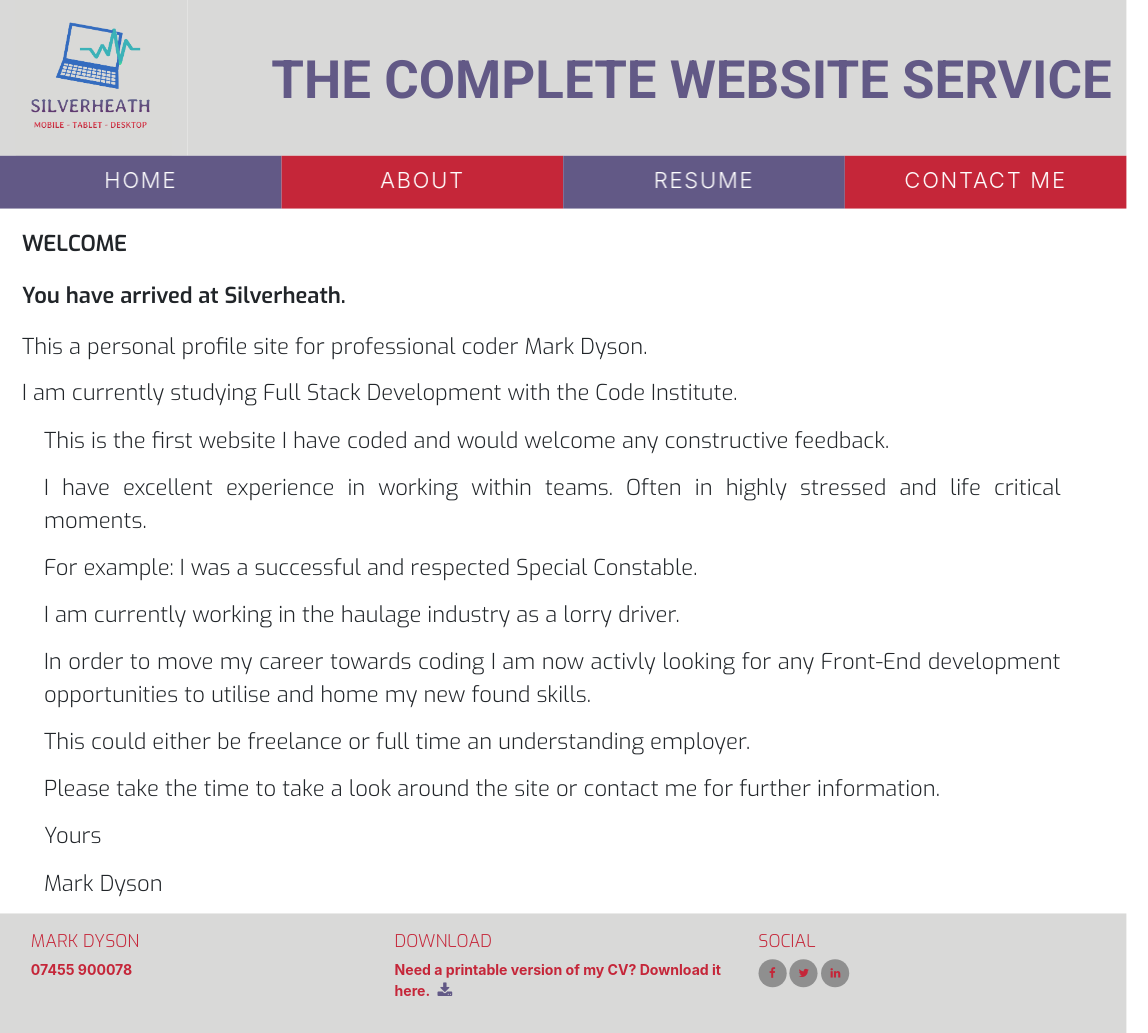
Repository: Code-Institute-Submissions/silverheath
Page: index.html
The author's editor kept a record of every edit. The page is drawn from the files as they stood at one moment, then again after the next edit.
The browser window is 1280 px wide. The page is 1305 px wide, so the pictures cover 1305 px, including what lies to the right of the window. The pictures show the whole page, at 88% of full size.
Some web libraries are served in a nearby version.

Above is the page before.

After the next edit:
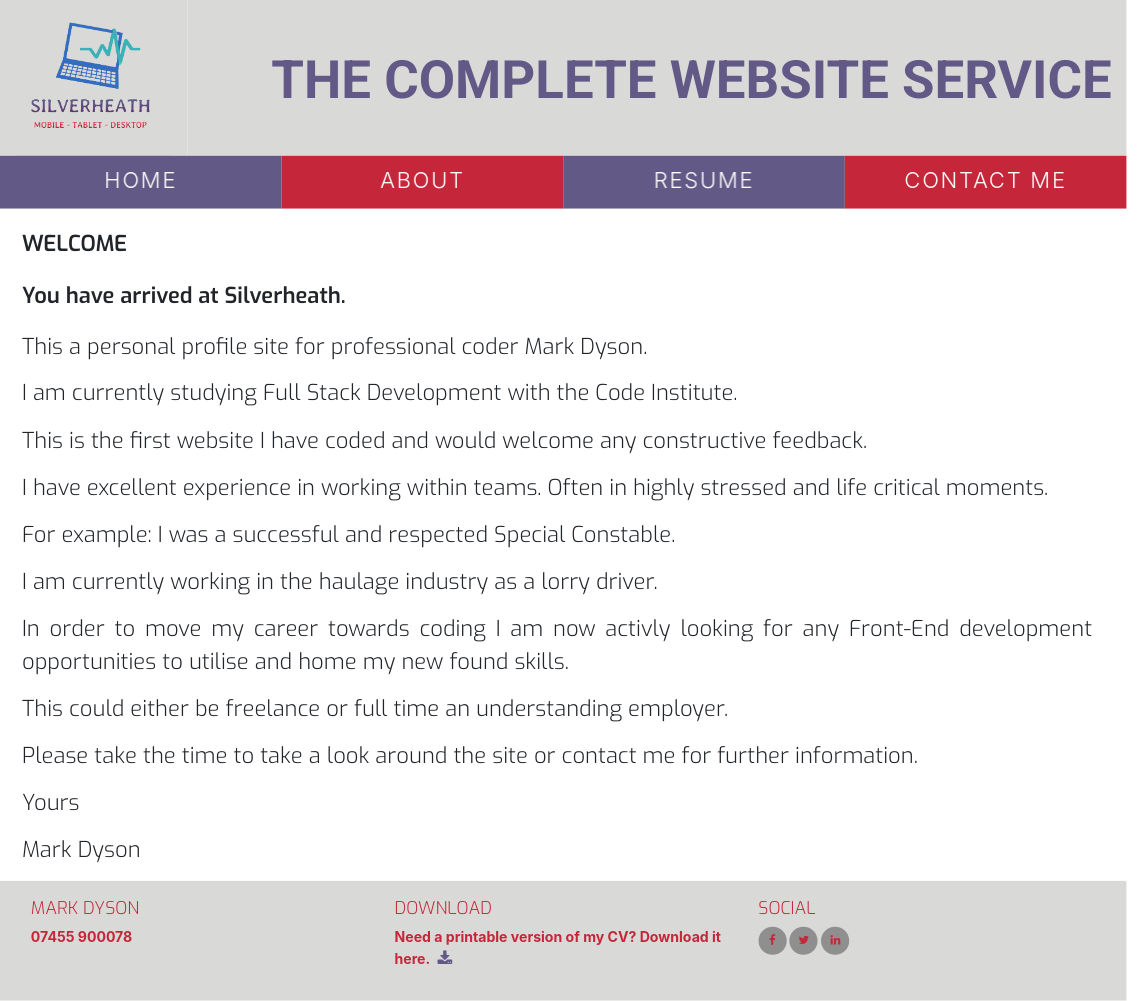
The edit:
--- a/index.html
+++ b/index.html
@@ -52,44 +52,32 @@
         <p>You have arrived at Silverheath. </p>
     </div>
     <div class="intro">
-
         <p>This a personal profile site for professional coder Mark Dyson.</p>
-
     </div>
-
     <div class="intro">
-
-        <p>I am currently studying Full Stack Development with the Code Institute. </p </div>
-
-        <div class="intro">
-
-            <p>This is the first website I have coded and would welcome any constructive feedback. </p>
-
-        </div>
-
-        <div class="intro">
-
-            <p>I have excellent experience in working within teams. Often in highly stressed and life critical moments. </p>
-            <p>For example: I was a successful and respected Special Constable. </p>
-
-        </div>
-
-        <div class="intro">
-            <p>I am currently working in the haulage industry as a lorry driver. </p>
-            <p>In order to move my career towards coding I am now activly looking for any Front-End development opportunities to utilise and home my new found skills. </p>
-            <p>This could either be freelance or full time an understanding employer. </p>
-
-        </div>
-        <div class="intro">
-
-            <p>Please take the time to take a look around the site or contact me for further information.</p>
-        </div>
-        <div class="intro">
+        <p>I am currently studying Full Stack Development with the Code Institute. </p>
+    </div>
+    <div class="intro">
+        <p>This is the first website I have coded and would welcome any constructive feedback. </p>
+    </div>
+    <div class="intro">
+        <p>I have excellent experience in working within teams. Often in highly stressed and life critical moments. </p>
+        <p>For example: I was a successful and respected Special Constable. </p>
+    </div>
+    <div class="intro">
+        <p>I am currently working in the haulage industry as a lorry driver. </p>
+        <p>In order to move my career towards coding I am now activly looking for any Front-End development opportunities to utilise and home my new found skills. </p>
+        <p>This could either be freelance or full time an understanding employer. </p>
+    </div>
+    <div class="intro">
+        <p>Please take the time to take a look around the site or contact me for further information.</p>
+    </div>
+    <div class="intro">
         <p>Yours</p>
         <p>Mark Dyson</p>
 
         </p>
-        </div>
+    </div>
     </div>
     </div>
     </div>
